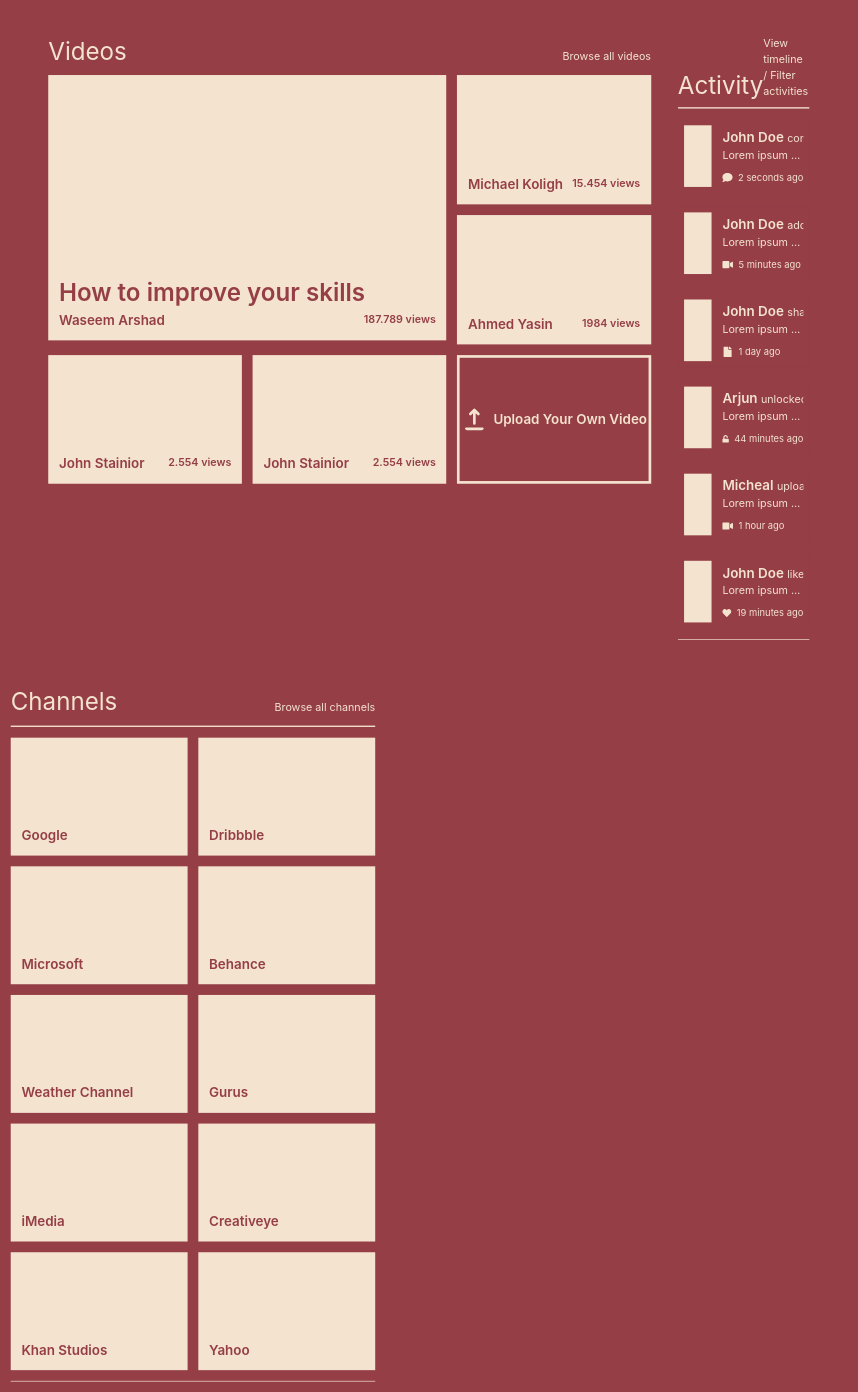
Repository: farrelmuhammad/test-salt
Page: /
An editor plug-in stored every save of this project. The page is shown before and after the next save, followed by the edit.
The browser window is 1280 px wide. The pictures show the whole page, at 67% of full size.
The project was rebuilt for these pictures with package versions that can differ from the ones it lists, and the page was loaded fresh each time. Also part of the build but not shown: src/App.css.

Above is the page before, as saved 2022-11-21 16:54:32.

After the next save:
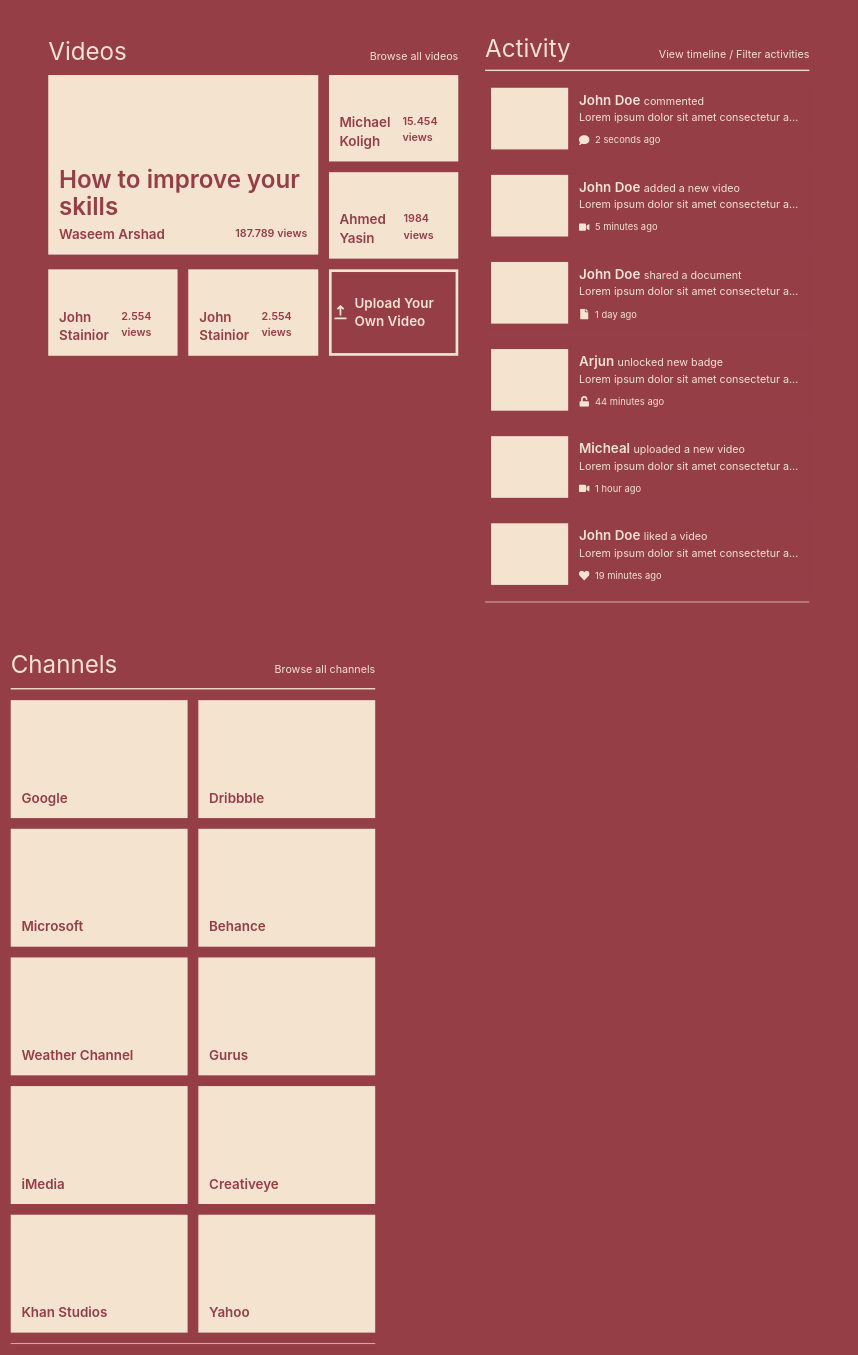
Saved 17 s later.
--- a/src/App.js
+++ b/src/App.js
@@ -9,7 +9,7 @@ function App() {
     <>
       <div className="container">
         <div class="flex grid-cols-2 gap-2 m-10">
-          <div>
+          <div className="flex-auto w-64">
             <Box />
           </div>
           <div className="flex-auto w-32">
